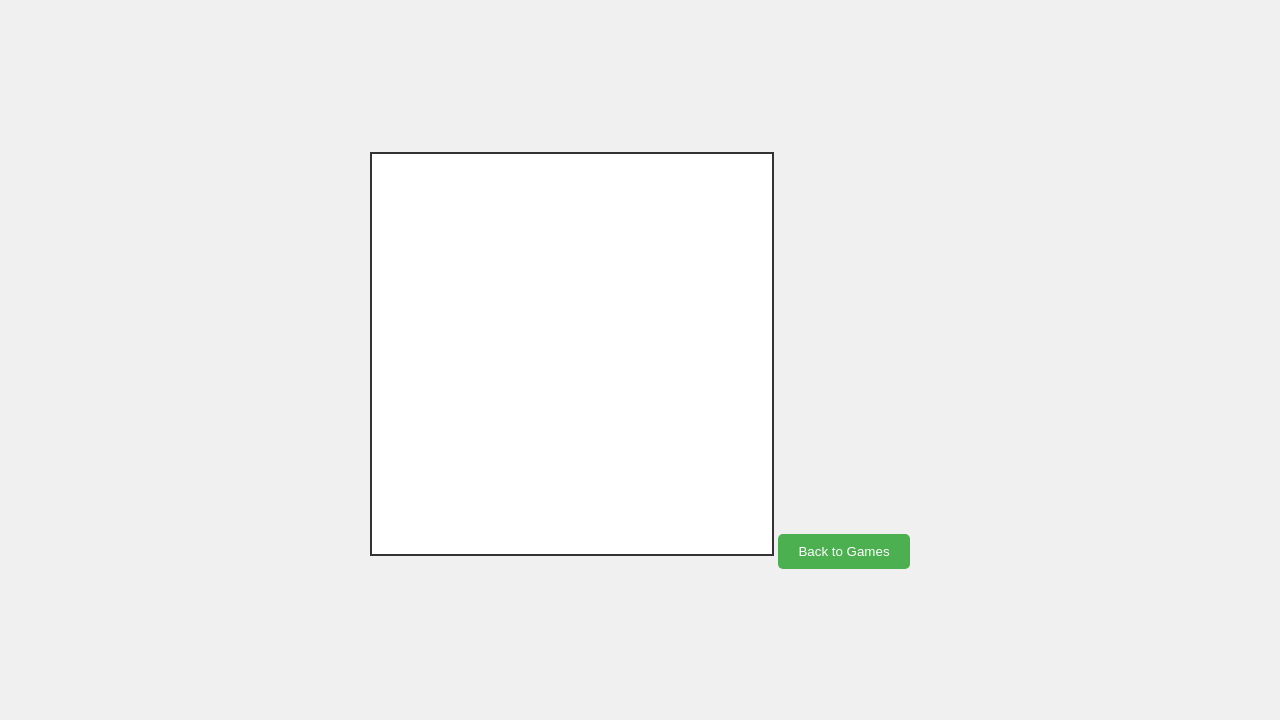
Repository: daBatmanCoder/game_portal_ai
Page: games/snake/snake.html
These files come from the project's save history. The page is drawn as it stood at one moment and after a run of saves; the edit follows.
The browser window is 1280 px wide. The pictures show the whole page.

Above is the page before, as saved 2024-11-22 15:52:24.
Console error: TypeError: Cannot set properties of null (setting 'textContent')

After the next 2 saves:
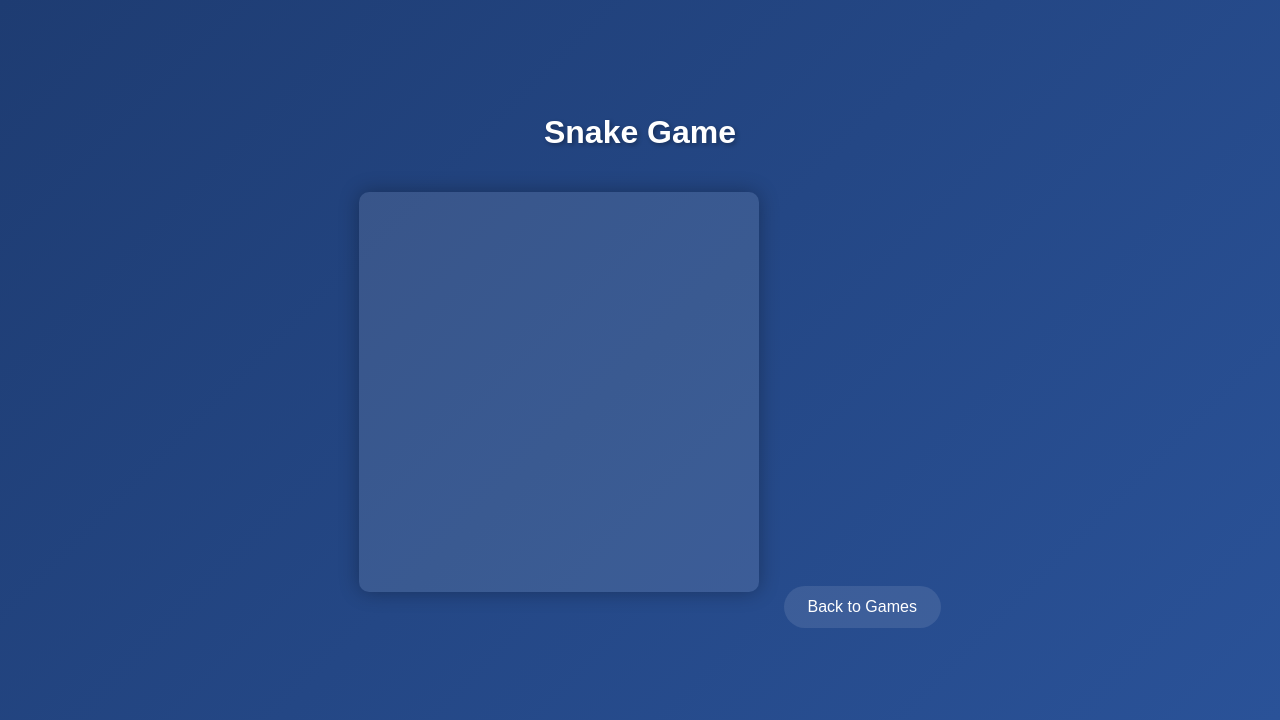
The 2 saves are shown as one change because they came seconds apart.
The last was saved 71 s later.
--- a/games/snake/snake.html
+++ b/games/snake/snake.html
@@ -4,13 +4,16 @@
     <title>Snake Game - Arcade Collection</title>
     <style>
         body {
+            margin: 0;
+            padding: 0;
+            min-height: 100vh;
+            background: linear-gradient(135deg, #1e3c72 0%, #2a5298 100%);
             display: flex;
             flex-direction: column;
+            justify-content: center;
             align-items: center;
-            justify-content: center;
-            height: 100vh;
-            margin: 0;
-            background-color: #f0f0f0;
+            font-family: Arial, sans-serif;
+            color: white;
         }
 
         .game-container {
@@ -18,29 +21,39 @@
         }
 
         #gameCanvas {
-            border: 2px solid #333;
-            background-color: #fff;
+            background: rgba(255, 255, 255, 0.1);
+            border-radius: 10px;
+            margin: 20px;
+            box-shadow: 0 0 20px rgba(0, 0, 0, 0.3);
         }
 
-        .button {
-            padding: 10px 20px;
-            background-color: #4CAF50;
+        .back-button {
+            padding: 12px 24px;
+            background: rgba(255, 255, 255, 0.1);
+            border: none;
             color: white;
-            border: none;
-            border-radius: 5px;
+            border-radius: 25px;
             cursor: pointer;
-            margin-top: 20px;
+            font-size: 1rem;
+            transition: background 0.3s ease, transform 0.3s ease;
+            /* backdrop-filter: blur(5px); */
         }
 
-        .button:hover {
-            background-color: #45a049;
+        .back-button:hover {
+            background: rgba(255, 255, 255, 0.2);
+            transform: translateY(-2px);
+        }
+
+        h1 {
+            text-shadow: 2px 2px 4px rgba(0, 0, 0, 0.3);
         }
     </style>
 </head>
 <body>
     <div class="game-container">
+        <h1>Snake Game</h1>
         <canvas id="gameCanvas"></canvas>
-        <button class="button" onclick="backToMain()">Back to Games</button>
+        <button class="back-button" onclick="backToMain()">Back to Games</button>
     </div>
     <script src="snake.js"></script>
     <script>
